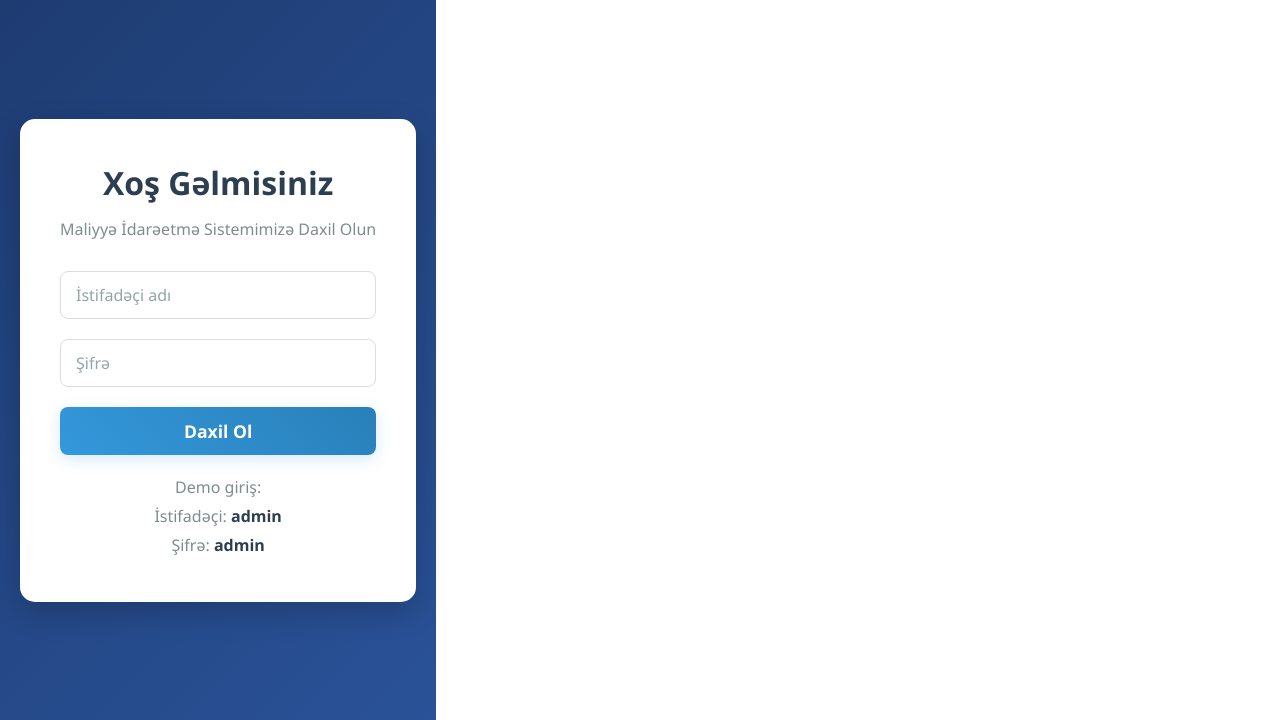
Repository: ferhadsultan98/financialmanagement
Page: /login
An editor plug-in stored every save of this project. The page is shown before and after the next save, followed by the edit.
The browser window is 1280 px wide. The pictures show the whole page.
The project was rebuilt for these pictures with package versions that can differ from the ones it lists, and the page was loaded fresh each time. Also part of the build but not shown: vite.config.js, src/Styles/Sidebar.scss, src/Components/Sidebar/Navbar.jsx, src/Components/Sidebar/ProfileModal.jsx, src/Components/Sidebar/Sidebar.jsx, src/Components/Layout/MainLayout.jsx, src/Pages/Home/Home.jsx, src/Pages/AddExpense/AddExpense.jsx and 2 more.

Above is the page before, as saved 2025-03-23 23:58:37.

After the next save:
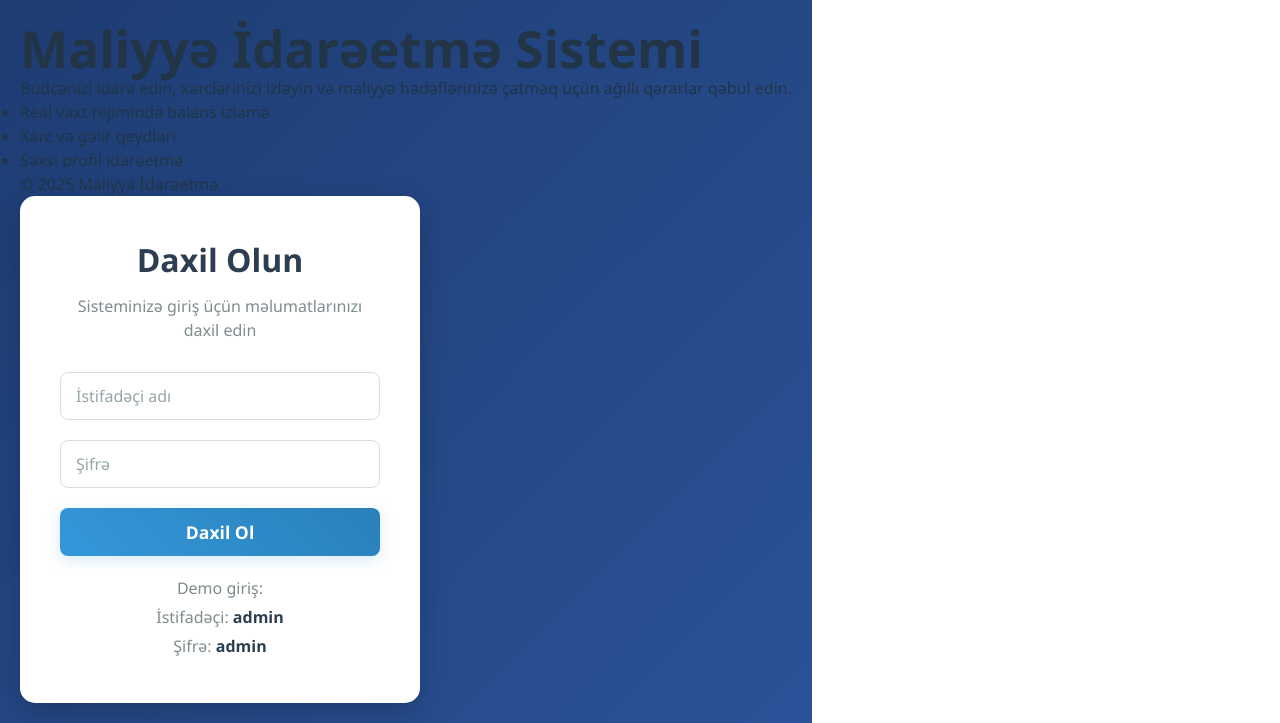
Saved 83 s later.
--- a/src/Components/Login/Login.jsx
+++ b/src/Components/Login/Login.jsx
@@ -10,7 +10,7 @@ const Login = () => {
   const [error, setError] = useState('');
   const navigate = useNavigate();
 
-  // Hardcoded credentials (replace with real auth later)
+  // Hardcoded credentials
   const validUsername = 'admin';
   const validPassword = 'admin';
 
@@ -25,63 +25,90 @@ const Login = () => {
 
   return (
     <div className="login-container">
-      <motion.div
-        className="login-box"
-        initial={{ opacity: 0, scale: 0.9 }}
-        animate={{ opacity: 1, scale: 1 }}
-        transition={{ duration: 0.5, ease: 'easeOut' }}
-      >
-        <h2>Xoş Gəlmisiniz</h2>
-        <p>Maliyyə İdarəetmə Sistemimizə Daxil Olun</p>
+      <div className="login-wrapper">
+        {/* Left Section - Financial Management Info */}
+        <motion.div
+          className="login-left"
+          initial={{ opacity: 0, x: -50 }}
+          animate={{ opacity: 1, x: 0 }}
+          transition={{ duration: 0.5, ease: 'easeOut' }}
+        >
+          <h1>Maliyyə İdarəetmə Sistemi</h1>
+          <p>
+            Büdcənizi idarə edin, xərclərinizi izləyin və maliyyə hədəflərinizə çatmaq üçün ağıllı
+            qərarlar qəbul edin.
+          </p>
+          <ul>
+            <li>Real vaxt rejimində balans izləmə</li>
+            <li>Xərc və gəlir qeydləri</li>
+            <li>Şəxsi profil idarəetmə</li>
+          </ul>
+          <div className="login-left-footer">
+            <p>© 2025 Maliyyə İdarəetmə</p>
+          </div>
+        </motion.div>
 
-        {error && (
-          <motion.div
-            className="error-message"
-            initial={{ opacity: 0 }}
-            animate={{ opacity: 1 }}
-            transition={{ duration: 0.3 }}
-          >
-            {error}
-          </motion.div>
-        )}
+        {/* Right Section - Login Form */}
+        <motion.div
+          className="login-right"
+          initial={{ opacity: 0, x: 50 }}
+          animate={{ opacity: 1, x: 0 }}
+          transition={{ duration: 0.5, ease: 'easeOut', delay: 0.2 }}
+        >
+          <div className="login-box">
+            <h2>Daxil Olun</h2>
+            <p>Sisteminizə giriş üçün məlumatlarınızı daxil edin</p>
 
-        <form onSubmit={handleLogin}>
-          <motion.div className="input-group" whileHover={{ scale: 1.02 }}>
-            <input
-              type="text"
-              placeholder="İstifadəçi adı"
-              value={username}
-              onChange={(e) => setUsername(e.target.value)}
-              required
-            />
-          </motion.div>
+            {error && (
+              <motion.div
+                className="error-message"
+                initial={{ opacity: 0 }}
+                animate={{ opacity: 1 }}
+                transition={{ duration: 0.3 }}
+              >
+                {error}
+              </motion.div>
+            )}
 
-          <motion.div className="input-group" whileHover={{ scale: 1.02 }}>
-            <input
-              type="password"
-              placeholder="Şifrə"
-              value={password}
-              onChange={(e) => setPassword(e.target.value)}
-              required
-            />
-          </motion.div>
+            <form onSubmit={handleLogin}>
+              <motion.div className="input-group" whileHover={{ scale: 1.02 }}>
+                <input
+                  type="text"
+                  placeholder="İstifadəçi adı"
+                  value={username}
+                  onChange={(e) => setUsername(e.target.value)}
+                  required
+                />
+              </motion.div>
 
-          <motion.button
-            type="submit"
-            whileHover={{ scale: 1.05 }}
-            whileTap={{ scale: 0.95 }}
-            transition={{ type: 'spring', stiffness: 300 }}
-          >
-            Daxil Ol
-          </motion.button>
-        </form>
+              <motion.div className="input-group" whileHover={{ scale: 1.02 }}>
+                <input
+                  type="password"
+                  placeholder="Şifrə"
+                  value={password}
+                  onChange={(e) => setPassword(e.target.value)}
+                  required
+                />
+              </motion.div>
 
-        <div className="login-info">
-          <p>Demo giriş:</p>
-          <p>İstifadəçi: <strong>{validUsername}</strong></p>
-          <p>Şifrə: <strong>{validPassword}</strong></p>
-        </div>
-      </motion.div>
+              <motion.button
+                type="submit"
+                whileHover={{ scale: 1.05 }}
+                whileTap={{ scale: 0.95 }}
+                transition={{ type: 'spring', stiffness: 300 }}
+              >
+                Daxil Ol
+              </motion.button>
+            </form>
+
+            <div className="login-info">
+              <p>Demo giriş:</p>
+              <p>İstifadəçi: <strong>{validUsername}</strong></p>
+              <p>Şifrə: <strong>{validPassword}</strong></p>
+            </div>
+          </div>
+        </motion.div>
+      </div>
     </div>
   );
 };
